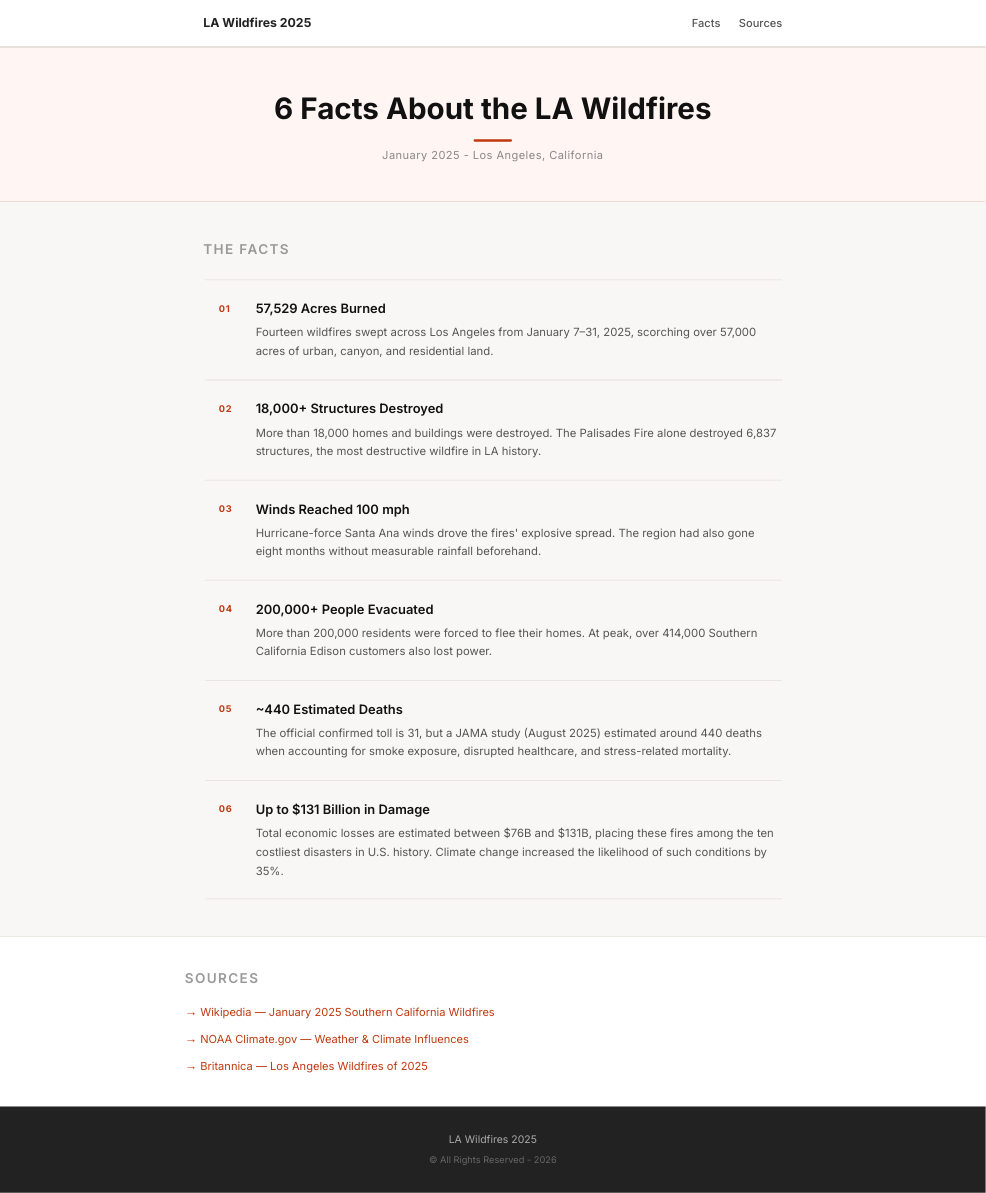
Repository: aarda5/la-wildfires-2025
Page: index.html
These files come from the project's save history. The page is drawn as it stood at one moment and after the next save; the edit follows.
The browser window is 1280 px wide. The pictures show the whole page, at 77% of full size.

Above is the page before, as saved 2026-03-25 23:42:46.

After the next save:
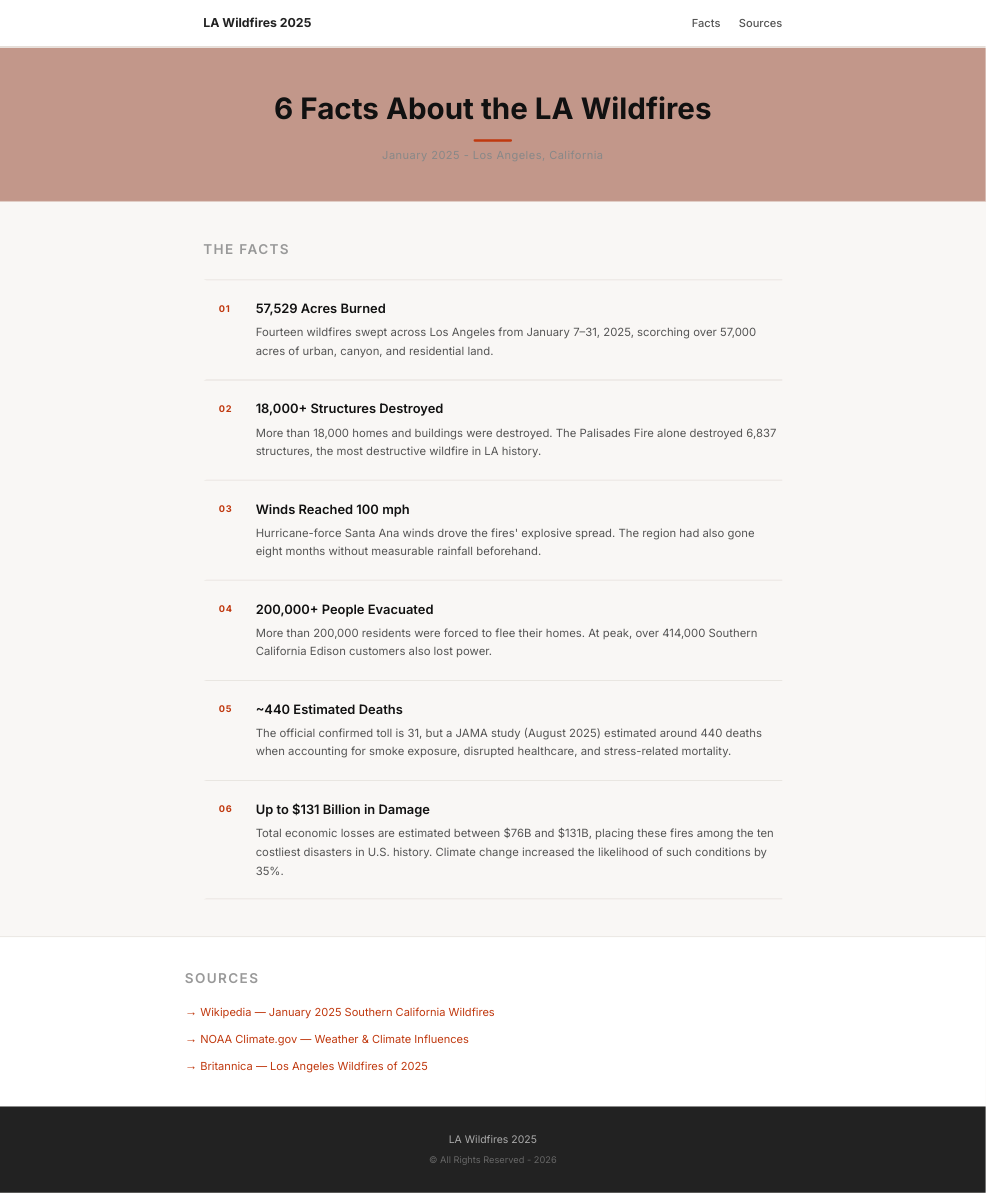
Saved 14 s later.
--- a/style.css
+++ b/style.css
@@ -142,7 +142,7 @@ button:focus-visible {
 
 
 .hero {
-  background-color: #fff5f2;
+  background-color: #c2978a;
   border-bottom: 1px solid #e8d8d0;
   padding: 3rem 1.5rem;
   text-align: center;
